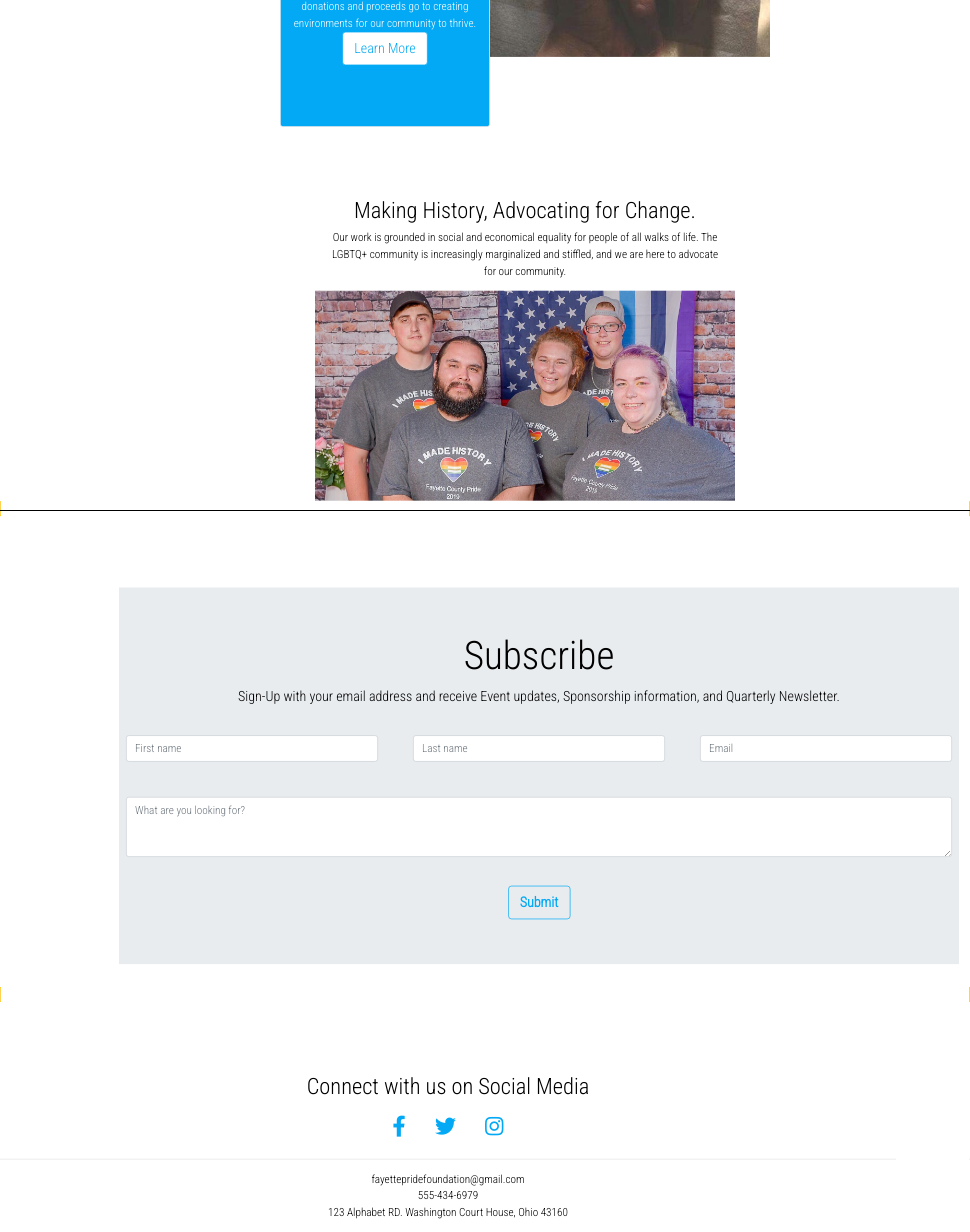
Repository: Code-Institute-Submissions/https-github.com-callendera-Milestone-Project-2
Page: index.html
The author's editor kept a record of every edit. The page is drawn from the files as they stood at one moment, then again after the next edit.
The browser window is 1280 px wide. The page is 1385 px wide, so the pictures cover 1385 px, including what lies to the right of the window. The pictures show the part of the page from y = 2176 to 3936 px (the page is 3936 px tall before and 3888 px after), at 70% of full size.
Backgrounds fixed to the window are drawn as part of the page. Some web libraries are served in a nearby version.

Above is the page before.

### index.html
<!DOCTYPE html>
<html lang="en">

<head>
    <meta charset="UTF-8">
    <meta name="viewport" content="width=device-width, initial-scale=1.0">
    <meta http-equiv="X-UA-Compatible" content="ie=edge">
    <title>Fayette County PRIDE</title>


    <link href="https://fonts.googleapis.com/css?family=Amatic+SC:700|Roboto+Condensed:300&display=swap" rel="stylesheet">

    <!--this code provides my Icons-->
    <link rel="stylesheet" href="https://use.fontawesome.com/releases/v5.8.1/css/all.css" integrity="sha384-50oBUHEmvpQ+1lW4y57PTFmhCaXp0ML5d60M1M7uH2+nqUivzIebhndOJK28anvf" crossorigin="anonymous">
    <!--this code allows me to use bootstrap styles and pieces of code-->
    <link rel="stylesheet" href="https://stackpath.bootstrapcdn.com/bootstrap/4.3.1/css/bootstrap.min.css" integrity="sha384-ggOyR0iXCbMQv3Xipma34MD+dH/1fQ784/j6cY/iJTQUOhcWr7x9JvoRxT2MZw1T" crossorigin="anonymous">

    <!--links to my style sheet: style.css-->
    <link rel="stylesheet" href="assets/css/style.css" type="text/css" />

</head>

<body>
    <!--NavBar-->

    <!--Navbar styles are given by the class names. and the navbar is fixed at the top to allow a better UX-->


    <nav class="navbar navbar-light my-navbar navbar-expand-sm fixed-top">
        <a class="navbar-brand my-navbar-brand" href="#">
    <img src="assets/images/logo.jpg" width="175" height="125" class="d-inline-block align-top" alt="Fayette County PRIDE logo">
  </a>

        <!--this code allows my navbar tp be compressed into a navbar toggler on smaller screen sizes-->
        <button class="navbar-toggler ml-auto my-navbar-toggler" type="button" data-toggle="collapse" data-target="#navbarNavDropdown" aria-controls="navbarNavDropdown" aria-expanded="false" aria-label="Toggle navigation">
            <span class="navbar-toggler-icon my-navbar-toggler-icon"></span></button>


        <!--this code targets the toggler-->
        <div class="collapse navbar-collapse" id="navbarNavDropdown">
            <!--these are my links to navigate you through the site-->
            <ul class="navbar-nav my-navbar-nav mr-auto justify-content-center">
                <li class="nav-item mr-2"><a class="nav-link my-nav-link" href="//">Sponsorship</a></li>
                <li class="nav-item mr-2"><a class="nav-link my-nav-link" href="//">Events</a></li>
                <li class="nav-item mr-2"><a class="nav-link my-nav-link" href="//">Volunteer</a></li>
                <li class="nav-item mr-6"><a class="nav-link my-nav-link" href="contact.html">Learn More</a></li>
            </ul>
            <!--This code blocks the button and text from being shown on small screens, but appears on larger screen sizes-->
            <div class="d-none d-lg-block">
                <!--gives the viewer the oportunity to become a sponsor while still browsing the site-->

                <a href="https://www.gofundme.com/f/fayette-county-pride-2019" target="_blank"><button type="button" class="btn btn-lg my-nav-btn btn-success my-btn">Donate</button></a>
            </div>
        </div>
    </nav>
    <!--navbar-->

    <!--CallOut-->
    <!-- this div allows for a full width container, spanning the entire width of the viewport.-->
    <div class="container-fluid">


        <!--holds the background picture for the landing page-->

        <div class="col-12 callout-container">




        </div>
        <!--callout-->
        <hr>
        <!--Involved-->
        <div class="row text-center involved-margin">

            <span class="border-top-0 rounded border involved-span">
                <div class="involved-padding">
                <h3>Volunteer</h3>
               <p>Get involved and join us in making history. Our work would not be possible without you. We rely on the passion and expertise of volunteers to make our vision a reality. </p> <a href="contact.html"><button type="button" class="btn btn-lg my-nav-btn btn-success my-involved-btn">Learn More</button></a>
                </div>
            </span>


            <div class="involved-div1 rounded-top float-right">
                <!--<img src="assets/images/rainbow.jpg" class="rounded-top float-right" alt="...">-->
            </div>

        </div>
        <div class="row text-center involved-margin">
            <div class="involved-div2 rounded-top float-left">
                <!--<img src="assets/images/vendors.jpg" class="rounded-top float-left" alt="...">-->
            </div>

            <span class="border-top-0 rounded border involved-span">
                <div class="involved-padding">
                <h3>Vendor Application</h3>
             <p>We are looking for locally sourced and community oriented vendors to help represent our foundation. Vendor applications are available in a PDF and online form.<a href="contact.html"><button type="button" class="btn btn-lg my-nav-btn btn-success my-involved-btn">Learn More</button></a></p>
                </div>
            </span>
        </div>
    </div>
    <div class="row text-center involved-margin">

        <span class="border-top-0 rounded border involved-span">
            <div class="involved-padding">
                <h3>Donate</h3>
                <p>Join us in building a better tomorrow. All donations and proceeds go to creating environments for our community to thrive. <a href="https://www.gofundme.com/f/fayette-county-pride-2019" target="_blank"><button type="button" class="btn btn-lg my-nav-btn btn-success my-involved-btn">Learn More</button></a></p>
                </div>
            </span>

        <div class="involved-div3 rounded-top float-right">
            <!--<img src="assets/images/holding.jpg" class="rounded-top float-right" alt="...">-->
        </div>

    </div>


    <div class="row text-center history-div">
        <div class="col-12 history-col">
            <h2>Making History, Advocating for Change.</h2>
            <p>Our work is grounded in social and economical equality for people of all walks of life. The LGBTQ+ community is increasingly marginalized and stiffled, and we are here to advocate for our community. </p>
        </div>
        <div class="col-12 group-image-div">

        </div>
    </div>
    <span class="border border-warning">
    <div class="jumbotron jumbotron-fluid my-jumbotron text-center">
        <div class="container">
            <h1 class="display-4">Subscribe</h1>
            <p class="lead">Sign-Up with your email address and receive Event updates, Sponsorship information, and Quarterly Newsletter.</p>
        </div>
        <form>
            <div class="row">
                <div class="col-4 my-text-box">
                    <input type="text" class="form-control" placeholder="First name" required>
                </div>
                <div class="col-4 my-text-box">
                    <input type="text" class="form-control" placeholder="Last name" required>
                </div>
                <div class="col-4 my-text-box">
                    <input type="email" class="form-control" id="inputEmail3" placeholder="Email" required>
                </div>
                <div class="form-group col-12 my-text-box">

                    <textarea class="form-control" id="exampleFormControlTextarea1" placeholder="What are you looking for?" rows="3" required></textarea>
                </div>
                <div class="col-12">
                    <button type="submit" class="btn btn-lg btn-primary my-btn">Submit</button>
                </div>
            </div>
        </form>
    </div>
    </span>
    <div class="col-12 social-container text-center">
        <h2 class="social-heading">Connect with us on Social Media</h2>
        <div>



            <!--all social media links are placed within a span to allow them to line up inline-->
            <ul class="list-inline social-media">
                <!--atrribute is given to make the social media symbol a link to the facebook page-->
                <li class="list-inline-item"><a href="//" target="_blank"><i class="fab fa-facebook-f"></i>
                    <span class="sr-only">Facebook</span></a></li>
                <!--atrribute is given to make the social media symbol a link to the twitter page-->
                <li class="list-inline-item"><a href="//" target="_blank"><i class="fab fa-twitter"></i>
                    <span class="sr-only">Twitter</span></a></li>
                <!--atrribute is given to make the social media symbol a link to the youtube page-->
                <li class="list-inline-item"><a href="//" target="_blank"><i class="fab fa-instagram"></i>
                    <span class="sr-only">Instagram</span></a></li>
            </ul>
        </div>
    </div>



    <!--involved-->
    <hr>

    <footer>
        <div class="row text-center">



            <!--entire section gives the user the info on how to contact the band-->



            <div class="col-12">


                <p>fayettepridefoundation@gmail.com</br>
                    555-434-6979</br>
                    123 Alphabet RD. Washington Court House, Ohio 43160
                </p>

            </div>





        </div>
    </footer>
    <!--contactinfo-->
    </div>
    <!--script used for DOM manipulation in modal-->
    <script src="https://code.jquery.com/jquery-3.3.1.slim.min.js" integrity="sha384-q8i/X+965DzO0rT7abK41JStQIAqVgRVzpbzo5smXKp4YfRvH+8abtTE1Pi6jizo" crossorigin="anonymous"></script>

    <!--positioning engine, used throughout webpage-->
    <script src="https://cdnjs.cloudflare.com/ajax/libs/popper.js/1.14.7/umd/popper.min.js" integrity="sha384-UO2eT0CpHqdSJQ6hJty5KVphtPhzWj9WO1clHTMGa3JDZwrnQq4sF86dIHNDz0W1" crossorigin="anonymous"></script>

    <!--script needed to link my bootstrap classes-->
    <script src="https://stackpath.bootstrapcdn.com/bootstrap/4.3.1/js/bootstrap.min.js" integrity="sha384-JjSmVgyd0p3pXB1rRibZUAYoIIy6OrQ6VrjIEaFf/nJGzIxFDsf4x0xIM+B07jRM" crossorigin="anonymous"></script>

    </div>

</body>

</html>

### assets/css/style.css
/** {*/
/*  background: #000 !important;*/
/*  color: #0f0 !important;*/
/*  outline: solid #f00 1px !important;*/
/*}*/


/*--Background Styles--*/
body {
    font-family: 'Roboto Condensed', sans-serif;

    background-color: #ffffff;
    color: black;
}

.callout-container {
    /*--- sets background image for callout container. it is set to not repeat, so the image doesnt stretch, and the image will be centered horizontally and pushed to the top of the container. the background will also not scroll, but remained positioned so things will scroll past it---*/
    background: url("../images/crowd.jpg")no-repeat center center fixed;
    /*--- adjusts background for different browsers ---*/
    -webkit-background-size: cover;
    -moz-background-size: cover;
    -o-background-size: cover;
    background-size: cover;

    /*--- makes the background fit to the container ---*/
    overflow: hidden;

    /*--- aligns and justifies text in container ---*/
    align-items: center;
    justify-content: center;
    /*--- the height that container will take up in the viewport ---*/
    height: 100vh;

}

.involved-container {
    color: black;
    padding-top: 500px;

    /*--- makes the background fit to the container ---*/
    overflow: hidden;

    /*--- aligns and justifies text in container ---*/
    align-items: center;
    justify-content: center;
    /*--- the height that container will take up in the viewport ---*/
    height: 60vh;

}

.opaque-overlay {
    /*---positioned relative to the nearest positioned ancestor---*/
    position: absolute;
    top: 0;
    left: 0;
    /*--- size of overlay to just cover background image ---*/
    height: 100%;
    width: 100%;
    /*--- color of background to be grey but almost transparent to make white text stand out ---*/
    background-color: rgba(0, 0, 0, 0.55);

    /*---pulls content forward to be visible on Z-index axis---*/
    z-index: 1;

}

/*--Navbar Styles--*/

.my-navbar {
    font-family: 'Roboto Condensed', sans-serif;

    /*--- removes margins automatically set by bootstrap ---*/
    margin: 0;
    /*--- removes padding automatically set by bootstrap ---*/
    padding-left: 20px;
    padding-right: 20px;
    padding-bottom: 0;
    padding-top: 0;
    background-color: #ffffff;
    /*--- color of text white ---*/

    height: 150px;
}

.my-navbar-nav {
    /*--- removes padding automatically set by bootstrap ---*/
    padding-left: 30px;
    /*--- color of text white ---*/


}



.my-nav-link {
    /*--- color of text white ---*/
    color: black;
    /*--- color change transition when hovering over my-nav-link ---*/
    transition: all 0.40s ease-in-out;
    -moz-transition: all 0.40s ease-in-out;
    -webkit-transition: all 0.40s ease-in-out;
    -o-transition: all 0.40s ease-in-out;
    /*--- adjustments for each web browser ---*/
}


.my-navbar-toggler {
    /*--- display to fill contents ---*/
    display: contents;
    width: 2em;
    height: 2em;
    /*--- aligns to fit toggler container ---*/
    vertical-align: middle;
    /*--- content aligned according to parent element ---*/
    content: "";
    /*--- toggler doesn't repeat and it center to container ---*/
    background: no-repeat center center;
    /*--- toggler 100% of toggler container ---*/
    background-size: 100% 100%;

    /*--- color of text white ---*/
    color: black;
    /*--- removes margins automatically set by bootstrap ---*/
    margin-right: 30px;
}

.my-navbar-toggler-icon {
    /*--- color of icon white ---*/
    color: black;

}

.my-navbar-brand {
    font-family: 'Amatic SC', cursive;

}

/*--Buttons--*/

.my-btn {
    /*---blue color--*/
    background-color: #28a74500;
    border-color: #03A9F4;
    color: #03A9F4;
    font-weight: 800;

}

.my-btn:hover {
    /*--- color of background: blue ---*/
    background-color: #03A9F4;
    /*--- when mouse is hovered the button will transition for .40seconds to a darker green color. the color will gradually ease in and then ease out. ---*/
    transition: all 0.40s ease-in-out;
    -moz-transition: all 0.40s ease-in-out;
    -webkit-transition: all 0.40s ease-in-out;
    -o-transition: all 0.40s ease-in-out;
    /*--- adjustments for each web browser ---*/
}

.my-involved-btn {
    background-color: #ffffff;
    border-color:  #03A9F4;
    color:  #03A9F4;
}

.my-involved-btn:hover {
    /*--- color of background: blue ---*/
    background-color: #03A9F4;
    /*--- when mouse is hovered the button will transition for .40seconds to a darker green color. the color will gradually ease in and then ease out. ---*/
    transition: all 0.40s ease-in-out;
    -moz-transition: all 0.40s ease-in-out;
    -webkit-transition: all 0.40s ease-in-out;
    -o-transition: all 0.40s ease-in-out;
    /*--- adjustments for each web browser ---*/
}

.social-heading {
    padding-top: 100px;
}

.social-media i {
    /*---blue color--*/
    color: #03A9F4;
    font-size: 30px;
    padding: 15px;
}

.social-media i:hover {
 /*--- color of background: darker green ---*/
    color: #2567ae;
    /*--- when mouse is hovered the button will transition for .40seconds to a darker green color. the color will gradually ease in and then ease out. ---*/
    transition: all 0.40s ease-in-out;
    -moz-transition: all 0.40s ease-in-out;
    -webkit-transition: all 0.40s ease-in-out;
    -o-transition: all 0.40s ease-in-out;
    /*--- adjustments for each web browser ---*/
}


.my-icon i {
    /*---blue color--*/
     color:  #03A9F4;
    font-size: 50px;
}
.my-icon i:hover {
     /*--- color of background: darker blue ---*/
    color: #2567ae;
    /*--- when mouse is hovered the button will transition for .40seconds to a darker blue color. the color will gradually ease in and then ease out. ---*/
    transition: all 0.40s ease-in-out;
    -moz-transition: all 0.40s ease-in-out;
    -webkit-transition: all 0.40s ease-in-out;
    -o-transition: all 0.40s ease-in-out;
    /*--- adjustments for each web browser ---*/
}

/*--- Images ---*/

.involved-div3 {

     background: url("../images/holding.jpg")no-repeat center center;
    /*--- adjusts background for different browsers ---*/
    -webkit-background-size: cover;
    -moz-background-size: cover;
    -o-background-size: cover;
    background-size: cover;

    /*--- makes the background fit to the container ---*/
    overflow: hidden;

    /*--- aligns and justifies text in container ---*/
    align-items: center;
    justify-content: center;

    width: 400px;
    height: 400px;
}

.involved-div2 {

     background: url("../images/vendors.jpg")no-repeat center center;
    /*--- adjusts background for different browsers ---*/
    -webkit-background-size: cover;
    -moz-background-size: cover;
    -o-background-size: cover;
    background-size: cover;

    /*--- makes the background fit to the container ---*/
    overflow: hidden;

    /*--- aligns and justifies text in container ---*/
    align-items: center;
    justify-content: center;

    width: 400px;
    height: 400px;
}

.involved-div1 {

     background: url("../images/rainbow.jpg")no-repeat center center;
    /*--- adjusts background for different browsers ---*/
    -webkit-background-size: cover;
    -moz-background-size: cover;
    -o-background-size: cover;
    background-size: cover;

    /*--- makes the background fit to the container ---*/
    overflow: hidden;

    /*--- aligns and justifies text in container ---*/
    align-items: center;
    justify-content: center;

    width: 400px;
    height: 400px;
}

.involved-padding {
    padding-top: 50px;
}

.involved-margin {
    margin-left: 400px;
    margin-top: 40px;
}

.involved-span {
    width: 300px;
    height: 300px;
    background-color: #03A9F4;
    margin-top: 200px;
    color: #ffffff;
}

.history-div {
    width: 600px;
    margin-left: 450px;
    padding-top: 100px;
}

.group-image-div {

     background: url("../images/group.png")no-repeat center center;
    /*--- adjusts background for different browsers ---*/
    -webkit-background-size: cover;
    -moz-background-size: cover;
    -o-background-size: cover;
    background-size: cover;

    /*--- makes the background fit to the container ---*/
    overflow: hidden;

    /*--- aligns and justifies text in container ---*/
    align-items: center;
    justify-content: center;

    height: 300px;
    width: 800px;
    margin-left: ;

}

/*---MISC.--*/

.my-text-box {
    padding: 25px;
}

.my-jumbotron {
    width: 1200px;
    margin-left: 170px;
    margin-top: 100px;

}

.involved-container {
    padding: 0px;
}

.cover-heading {
    font-family: 'Amatic SC', cursive;
    font-size: 100px;
    padding-top: 100px;

}

/*---Media Queries--*/

@media (min-width: 576px){
    .my-navbar-nav {
    padding-left: 0px;
}

.opaque-overlay {
   height: 60vh;

}

.involved-container {
    padding: 0px;
}



}

@media (min-width: 992px) {

}

@media (min-width: 1200px){

.opaque-overlay {
   height: 90vh;

}


}

After the next edit:
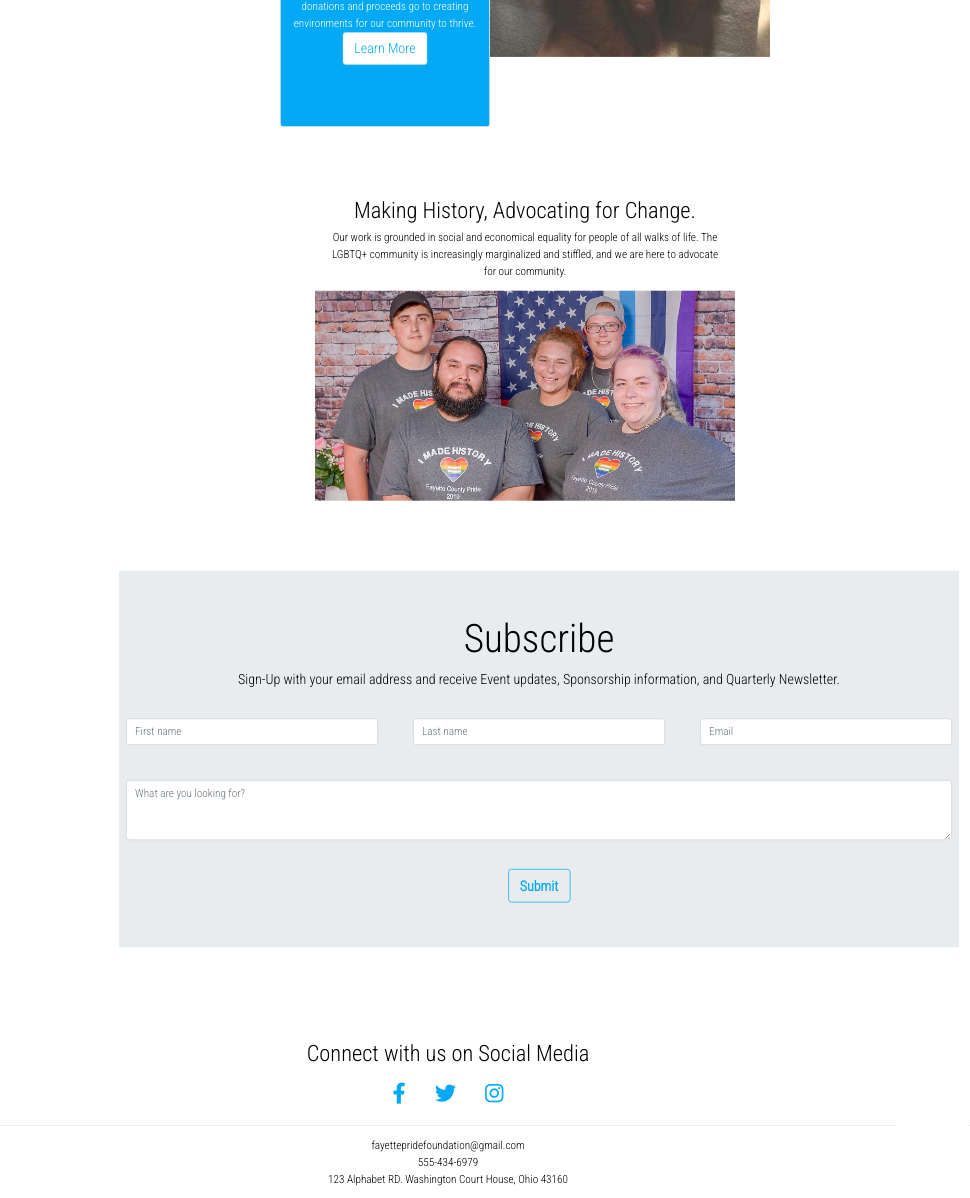
The edit:
--- a/index.html
+++ b/index.html
@@ -124,7 +124,7 @@
 
         </div>
     </div>
-    <span class="border border-warning">
+
     <div class="jumbotron jumbotron-fluid my-jumbotron text-center">
         <div class="container">
             <h1 class="display-4">Subscribe</h1>
